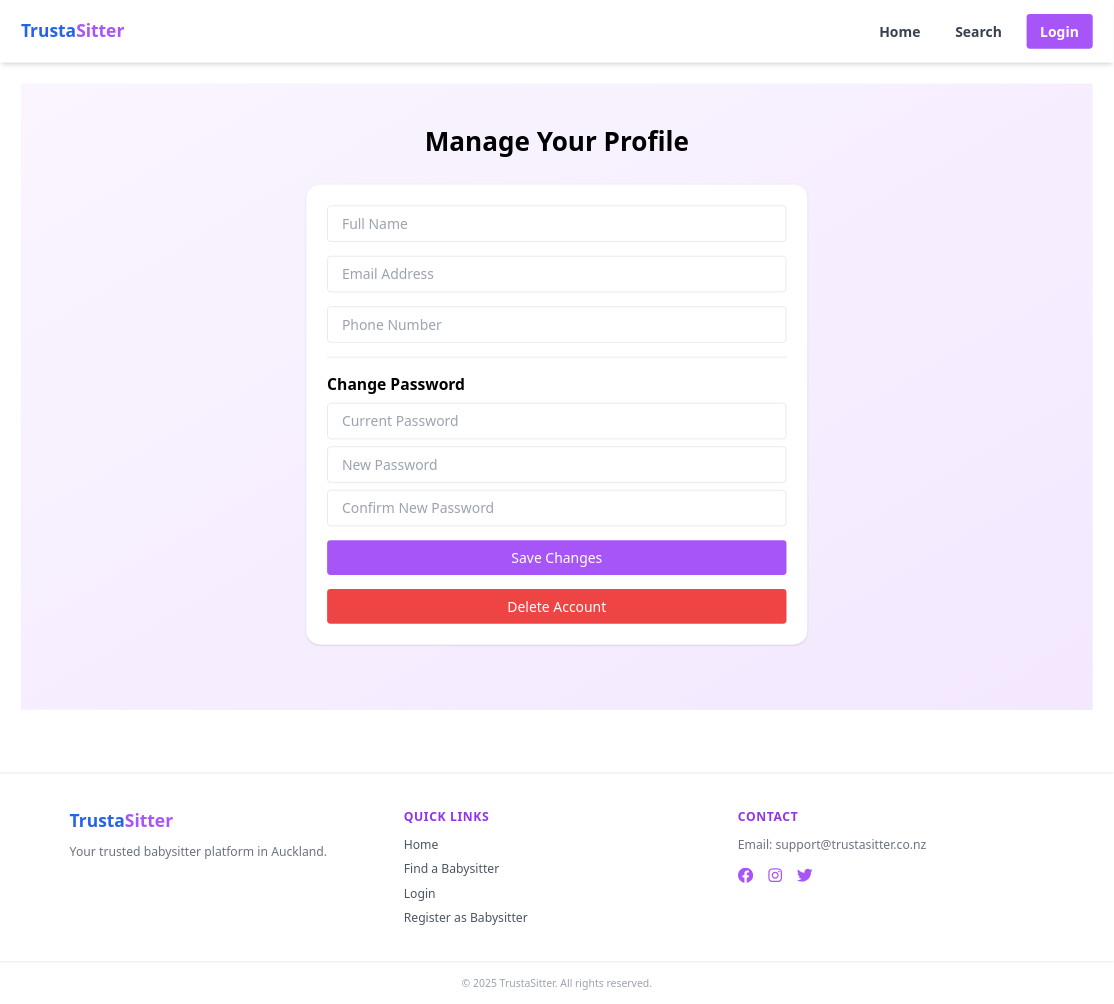
Repository: LargeWC-Code/TrustaSitter
Page: /profile-client (app in trustasitter-frontend/)
The author's editor kept a copy of each file at every save. The page is drawn from the files as they stood at one save, then again after the next save.
The browser window is 1280 px wide. The pictures show the whole page, at 87% of full size.
The project was rebuilt for these pictures with package versions that can differ from the ones it lists, and the page was loaded fresh each time. Also part of the build but not shown: trustasitter-frontend/vite.config.js, trustasitter-frontend/src/pages/Home.jsx, trustasitter-frontend/src/pages/Search.jsx, trustasitter-frontend/src/services/api.js, trustasitter-frontend/src/pages/Login.jsx, trustasitter-frontend/src/pages/Bookings.jsx, trustasitter-frontend/src/pages/ChooseRole.jsx, trustasitter-frontend/src/pages/RegisterBabysitter.jsx and 4 more.

Above is the page before, as saved 2025-06-30 03:11:26.

### trustasitter-frontend/index.html
<!doctype html>
<html lang="en">
  <head>
    <meta charset="UTF-8" />
    <link rel="icon" type="image/png" href="/image.png" />
    <meta name="viewport" content="width=device-width, initial-scale=1.0" />
    <title>TrustaSitter</title>
  </head>
  <body>
    <div id="root"></div>
    <script type="module" src="/src/main.jsx"></script>
  </body>
</html>

### trustasitter-frontend/src/main.jsx
import React from 'react';
import ReactDOM from 'react-dom/client';
import App from './App';
import './index.css'; // Importing global styles
import { BrowserRouter } from 'react-router-dom';
import { AuthProvider } from './context/AuthContext';

ReactDOM.createRoot(document.getElementById('root')).render(
  <React.StrictMode>
    <AuthProvider>
        <App />
      </AuthProvider>
    </React.StrictMode>
);

### trustasitter-frontend/src/App.jsx
// App.jsx – Router setup with Navbar
import React from 'react';
import { BrowserRouter as Router, Routes, Route } from 'react-router-dom';

import Navbar from './components/Navbar'; // Importing the Navbar component
import Footer from './components/Footer'; // Importing the Footer component
import Home from './pages/Home';  // Importing the Home component
import Search from './pages/Search';  // Importing the Search component
import Login from './pages/Login';  // Importing the Login component
import Bookings from './pages/Bookings';    // Importing the Bookings component
import ChooseRole from './pages/ChooseRole';  // Importing the ChooseRole component
import RegisterBabysitter from './pages/RegisterBabysitter'; // Importing the RegisterBabysitter component
import RegisterClient from './pages/RegisterClient'; // Importing the RegisterClient component
import  HomeClient from './pages/HomeClient'; // Importing the HomeClient component
import HomeBabysitter from './pages/HomeBabysitter'; // Importing the HomeBabysitter component
import ProfileBabysitter from "./pages/ProfileBabysitter"; // Importing the ProfileBabysitter component
import ScrollToTop from './components/ScrollToTop'; // Importing the ScrollToTop component
import ProfileClient from './pages/ProfileClient';

const App = () => {
  return (
    <Router>
      <ScrollToTop />
      <Navbar />
      <div className="p-6">
        <Routes>
          <Route path="/homeclient" element={<HomeClient />} />
          <Route path="/register-client" element={<RegisterClient />} />
          <Route path="/home-babysitter" element={<HomeBabysitter />} />
          <Route path="/" element={<Home />} />
          <Route path="/search" element={<Search />} />
          <Route path="/login" element={<Login />} />
          <Route path="/bookings" element={<Bookings />} />
          <Route path="/choose-role" element={<ChooseRole />} />
          <Route path="/register-babysitter" element={<RegisterBabysitter />} />
          <Route path="/profile" element={<ProfileBabysitter />} />
          <Route path="/profile-client" element={<ProfileClient />} />
        </Routes>
      </div>
      <Footer />
    </Router>
  );
};

export default App;

### trustasitter-frontend/src/context/AuthContext.jsx
import React, { createContext, useState, useEffect } from "react";

export const AuthContext = createContext();

export const AuthProvider = ({ children }) => {
  const [user, setUser] = useState(null);
  const [token, setToken] = useState(null);

  // On load, check if token exists in localStorage
  useEffect(() => {
    const storedToken = localStorage.getItem("token");
    const storedUser = localStorage.getItem("user");
    if (storedToken && storedUser) {
      setToken(storedToken);
      setUser(JSON.parse(storedUser));
    }
  }, []);

  // Login function
  const login = (data) => {
    setToken(data.token);
    setUser(data.user);
    localStorage.setItem("token", data.token);
    localStorage.setItem("user", JSON.stringify(data.user));
  };

  // Logout function
  const logout = () => {
    setToken(null);
    setUser(null);
    localStorage.removeItem("token");
    localStorage.removeItem("user");
  };

  return (
    <AuthContext.Provider value={{ user, token, login, logout }}>
      {children}
    </AuthContext.Provider>
  );
};

### trustasitter-frontend/src/components/Navbar.jsx
import React, { useContext } from "react";
import { Link, useNavigate } from "react-router-dom";
import { AuthContext } from "../context/AuthContext";

function Navbar() {
  const { user, logout } = useContext(AuthContext);
  const navigate = useNavigate();

  const handleLogout = () => {
    logout();
    navigate("/");
  };

  return (
    <nav className="bg-white shadow-md px-6 py-4 flex justify-between items-center">
      {/* Logo */}
      <div className="text-xl font-bold">
        <Link to="/" className="text-xl font-bold">
          <span className="text-blue-600">Trusta</span>
          <span className="text-purple-500">Sitter</span>
        </Link>
      </div>

      {/* Navigation Links */}
      <div className="flex items-center gap-4">
        <Link
          to="/"
          className="text-gray-700 font-semibold px-3 py-2 rounded hover:bg-purple-50 hover:text-purple-600 transition"
        >
          Home
        </Link>
        <Link
          to="/search"
          className="text-gray-700 font-semibold px-3 py-2 rounded hover:bg-purple-50 hover:text-purple-600 transition"
        >
          Search
        </Link>

        {!user && (
          <Link
            to="/login"
            className="bg-purple-500 hover:bg-purple-600 text-white font-semibold px-4 py-2 rounded transition"
          >
            Login
          </Link>
        )}

        {user && (
          <>
            {user.role === "client" && (
              <Link
                to="/profile-client"
                className="text-gray-700 font-semibold px-3 py-2 rounded hover:bg-purple-50 hover:text-purple-600 transition"
              >
                My Profile
              </Link>
            )}
            {user.role === "babysitter" && (
              <Link
                to="/profile-babysitter"
                className="text-gray-700 font-semibold px-3 py-2 rounded hover:bg-purple-50 hover:text-purple-600 transition"
              >
                My Profile
              </Link>
            )}
            <button
              onClick={handleLogout}
              className="bg-red-500 hover:bg-red-600 text-white font-semibold px-4 py-2 rounded transition"
            >
              Logout
            </button>
          </>
        )}
      </div>
    </nav>
  );
}

export default Navbar;

### trustasitter-frontend/src/components/Footer.jsx
import React from 'react';
import { Link } from 'react-router-dom';
import { FaFacebook, FaInstagram, FaTwitter } from 'react-icons/fa';

const Footer = () => {
  return (
    <footer className="bg-white border-t mt-12">
      <div className="max-w-6xl mx-auto px-4 py-10 grid md:grid-cols-3 gap-8 text-sm text-gray-600">
        {/* Logo and description */}
        <div>
          <h2 className="text-xl font-bold mb-3">
            <span className="text-blue-600">Trusta</span>
            <span className="text-purple-500">Sitter</span>
          </h2>
          <p className="text-gray-500">Your trusted babysitter platform in Auckland.</p>
        </div>

        {/* Quick Links */}
        <div>
          <h3 className="font-semibold mb-3 text-purple-600 uppercase tracking-wider">Quick Links</h3>
          <ul className="space-y-2">
            <li>
              <Link
                to="/"
                onClick={() => window.scrollTo(0, 0)}
                className="hover:underline hover:text-purple-600 transition"
              >
                Home
              </Link>
            </li>
            <li>
              <Link
                to="/search"
                onClick={() => window.scrollTo(0, 0)}
                className="hover:underline hover:text-purple-600 transition"
              >
                Find a Babysitter
              </Link>
            </li>
            <li>
              <Link
                to="/login"
                onClick={() => window.scrollTo(0, 0)}
                className="hover:underline hover:text-purple-600 transition"
              >
                Login
              </Link>
            </li>
            <li>
              <Link
                to="/register-babysitter"
                onClick={() => window.scrollTo(0, 0)}
                className="hover:underline hover:text-purple-600 transition"
              >
                Register as Babysitter
              </Link>
            </li>
          </ul>
        </div>

        {/* Contact and socials */}
        <div>
          <h3 className="font-semibold mb-3 text-purple-600 uppercase tracking-wider">Contact</h3>
          <p className="text-gray-500">Email: support@trustasitter.co.nz</p>
          <div className="flex space-x-4 mt-4">
            <a href="#" className="text-purple-500 hover:text-purple-700 transition">
              <FaFacebook size={18} />
            </a>
            <a href="#" className="text-purple-500 hover:text-purple-700 transition">
              <FaInstagram size={18} />
            </a>
            <a href="#" className="text-purple-500 hover:text-purple-700 transition">
              <FaTwitter size={18} />
            </a>
          </div>
        </div>
      </div>
      <div className="text-center text-xs text-gray-400 py-4 border-t">
        © {new Date().getFullYear()} TrustaSitter. All rights reserved.
      </div>
    </footer>
  );
};

export default Footer;

### trustasitter-frontend/src/components/ScrollToTop.jsx
import { useEffect } from "react";
import { useLocation } from "react-router-dom";

export default function ScrollToTop() {
  const { pathname } = useLocation();

  useEffect(() => {
    window.scrollTo(0, 0);
  }, [pathname]);

  return null;
}
// This component will scroll to the top of the page whenever the pathname changes.

### trustasitter-frontend/src/pages/ProfileClient.jsx
// src/pages/ProfileClient.jsx
import React, { useState, useContext } from "react";
import { FaCheckCircle } from "react-icons/fa";
import { AuthContext } from "../context/AuthContext";
import { useNavigate } from "react-router-dom";
import axios from "axios";

const ProfileClient = () => {
  const [showSuccess, setShowSuccess] = useState(false);
  const [showConfirm, setShowConfirm] = useState(false);
  const { token, logout } = useContext(AuthContext);
  const navigate = useNavigate();

  // Handle profile update (mock for now)
  const handleSubmit = (e) => {
    e.preventDefault();
    setShowSuccess(true);
    setTimeout(() => setShowSuccess(false), 3000);
  };

  // Confirm account deletion
  const confirmDelete = async () => {
    try {
      await axios.delete("http://localhost:3000/api/users/profile", {
        headers: {
          Authorization: `Bearer ${token}`,
        },
      });
      logout();
      navigate("/");
    } catch (error) {
      console.error("Error deleting account:", error);
      alert("Failed to delete account. Please try again.");
    }
  };

  return (
    <main className="bg-gradient-to-br from-purple-50 to-purple-100 min-h-screen py-12 px-6">
      <h1 className="text-3xl font-bold text-center mb-8">Manage Your Profile</h1>

      <div className="max-w-xl mx-auto bg-white p-6 rounded-2xl shadow">
        {showSuccess && (
          <div className="mb-4 p-3 bg-green-100 text-green-700 rounded text-center flex items-center justify-center gap-2">
            <FaCheckCircle />
            <span>Profile updated successfully!</span>
          </div>
        )}

        <form onSubmit={handleSubmit} className="space-y-4">
          <input
            type="text"
            placeholder="Full Name"
            className="w-full px-4 py-2 border rounded focus:outline-none"
          />
          <input
            type="email"
            placeholder="Email Address"
            className="w-full px-4 py-2 border rounded focus:outline-none"
          />
          <input
            type="text"
            placeholder="Phone Number"
            className="w-full px-4 py-2 border rounded focus:outline-none"
          />

          {/* Change Password */}
          <div className="border-t pt-4 mt-4">
            <h2 className="text-lg font-semibold mb-2">Change Password</h2>
            <input
              type="password"
              placeholder="Current Password"
              className="w-full mb-2 px-4 py-2 border rounded focus:outline-none"
            />
            <input
              type="password"
              placeholder="New Password"
              className="w-full mb-2 px-4 py-2 border rounded focus:outline-none"
            />
            <input
              type="password"
              placeholder="Confirm New Password"
              className="w-full px-4 py-2 border rounded focus:outline-none"
            />
          </div>

          <button
            type="submit"
            className="w-full bg-purple-500 hover:bg-purple-600 text-white py-2 rounded transition"
          >
            Save Changes
          </button>

          <button
            type="button"
            onClick={() => setShowConfirm(true)}
            className="w-full bg-red-500 hover:bg-red-600 text-white py-2 rounded transition mt-2"
          >
            Delete Account
          </button>
        </form>
      </div>

      {/* Confirmation Modal */}
      {showConfirm && (
        <div className="fixed inset-0 bg-black bg-opacity-50 flex items-center justify-center z-50">
          <div className="bg-white rounded-lg shadow-lg p-6 w-full max-w-md text-center">
            <h2 className="text-xl font-semibold mb-4">Confirm Account Deletion</h2>
            <p className="mb-6">
              Are you sure you want to delete your account? This action cannot be undone.
            </p>
            <div className="flex justify-center gap-4">
              <button
                onClick={() => setShowConfirm(false)}
                className="px-4 py-2 rounded border border-gray-300 hover:bg-gray-100"
              >
                Cancel
              </button>
              <button
                onClick={confirmDelete}
                className="px-4 py-2 bg-red-500 text-white rounded hover:bg-red-600"
              >
                Yes, Delete
              </button>
            </div>
          </div>
        </div>
      )}
    </main>
  );
};

export default ProfileClient;

Loaded but not shown: trustasitter-frontend/src/index.css (common file); trustasitter-frontend/tailwind.config.js (common file)

After the next save:
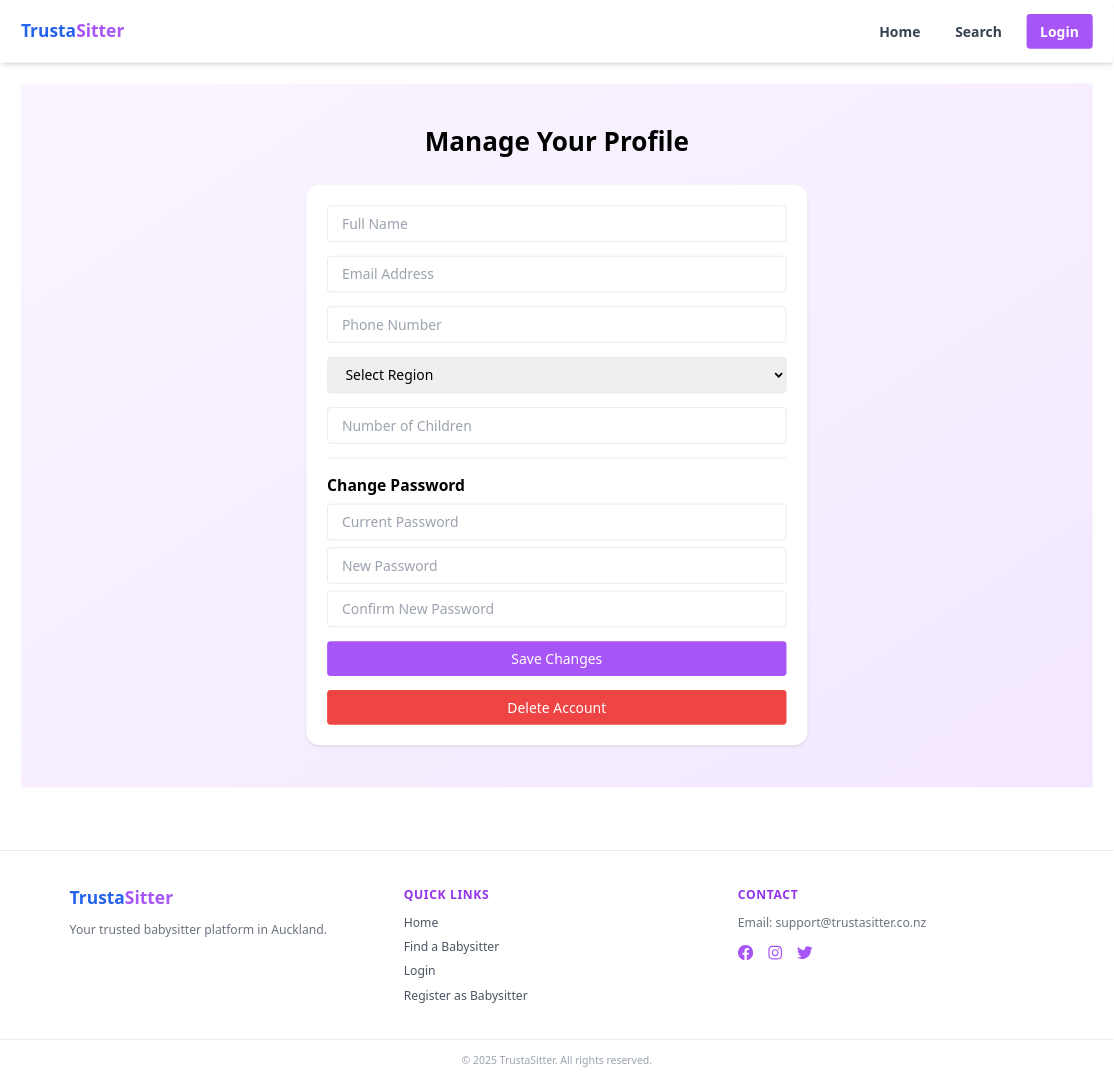
Saved 112 s later.
--- a/trustasitter-frontend/src/pages/ProfileClient.jsx
+++ b/trustasitter-frontend/src/pages/ProfileClient.jsx
@@ -60,6 +60,24 @@ const ProfileClient = () => {
           <input
             type="text"
             placeholder="Phone Number"
+            className="w-full px-4 py-2 border rounded focus:outline-none"
+          />
+
+          {/* Region */}
+          <select className="w-full px-4 py-2 border rounded focus:outline-none">
+            <option value="">Select Region</option>
+            <option value="Central">Central</option>
+            <option value="East">East</option>
+            <option value="West">West</option>
+            <option value="North">North</option>
+            <option value="South">South</option>
+          </select>
+
+          {/* Number of Children */}
+          <input
+            type="number"
+            min="1"
+            placeholder="Number of Children"
             className="w-full px-4 py-2 border rounded focus:outline-none"
           />
 
